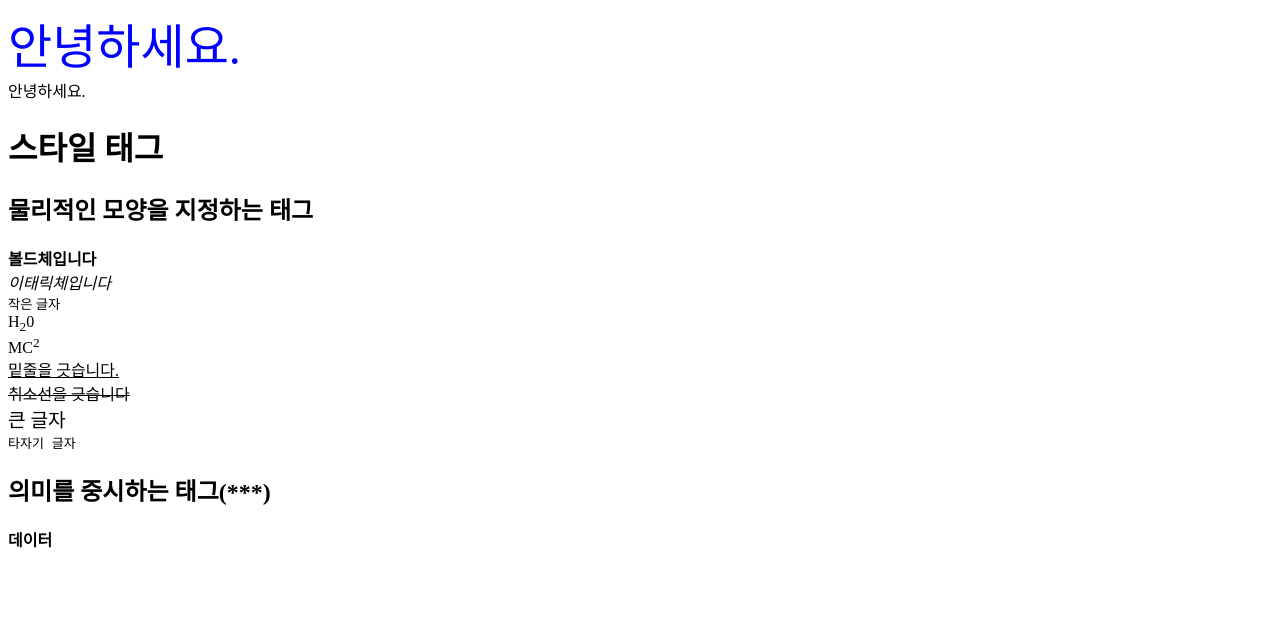
Repository: sujin9335/Front-end
Page: ClientTest/src/main/webapp/html/ex09_style.html
An editor plug-in stored every save of this project. The page is shown before and after the next save, followed by the edit.
The browser window is 1280 px wide. The pictures show the whole page.

Above is the page before, as saved 2023-09-20 01:42:32.

After the next save:
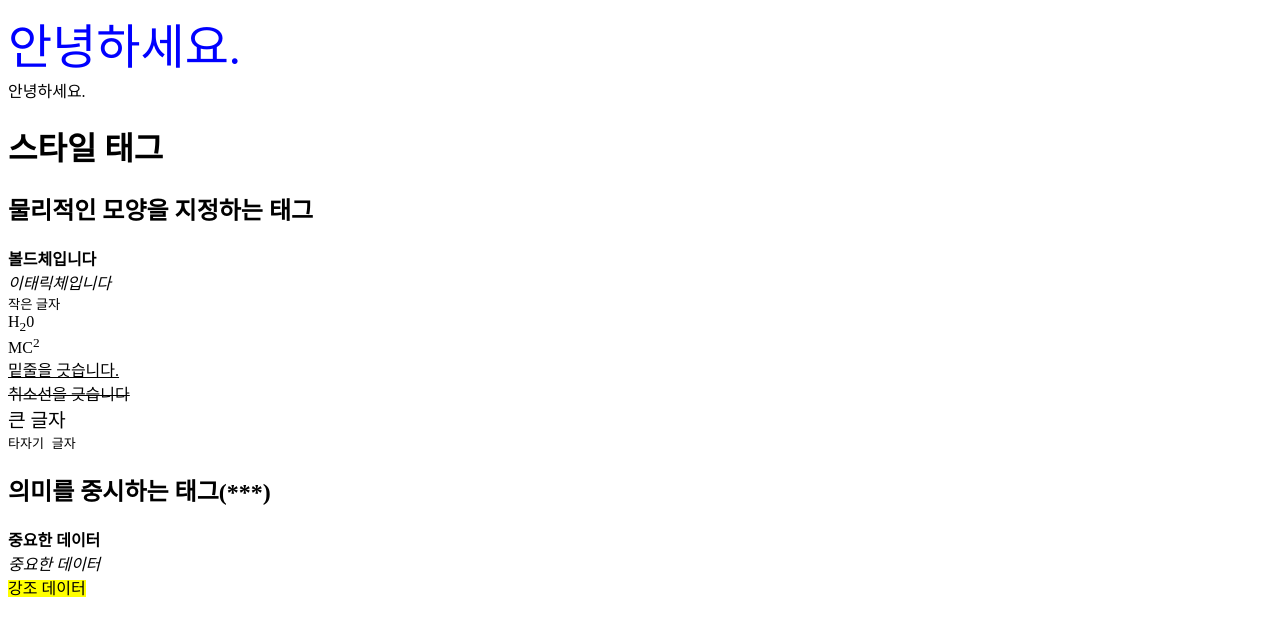
Saved 3 min 6 s later.
--- a/ClientTest/src/main/webapp/html/ex09_style.html
+++ b/ClientTest/src/main/webapp/html/ex09_style.html
@@ -36,8 +36,9 @@
 
 	<h2>의미를 중시하는 태그(***)</h2>
 
-	<strong>데이터</strong><br> <!-- 볼드체랑 같지만, 내용중 중심이되는걸 표현하는 태그 -->
-
+	<strong>중요한 데이터</strong><br> <!-- 볼드체랑 같지만, 내용중 중심이되는걸 표현하는 태그 -->
+	<em>중요한 데이터</em><br>
+	<mark>강조 데이터</mark>
 
 
 
